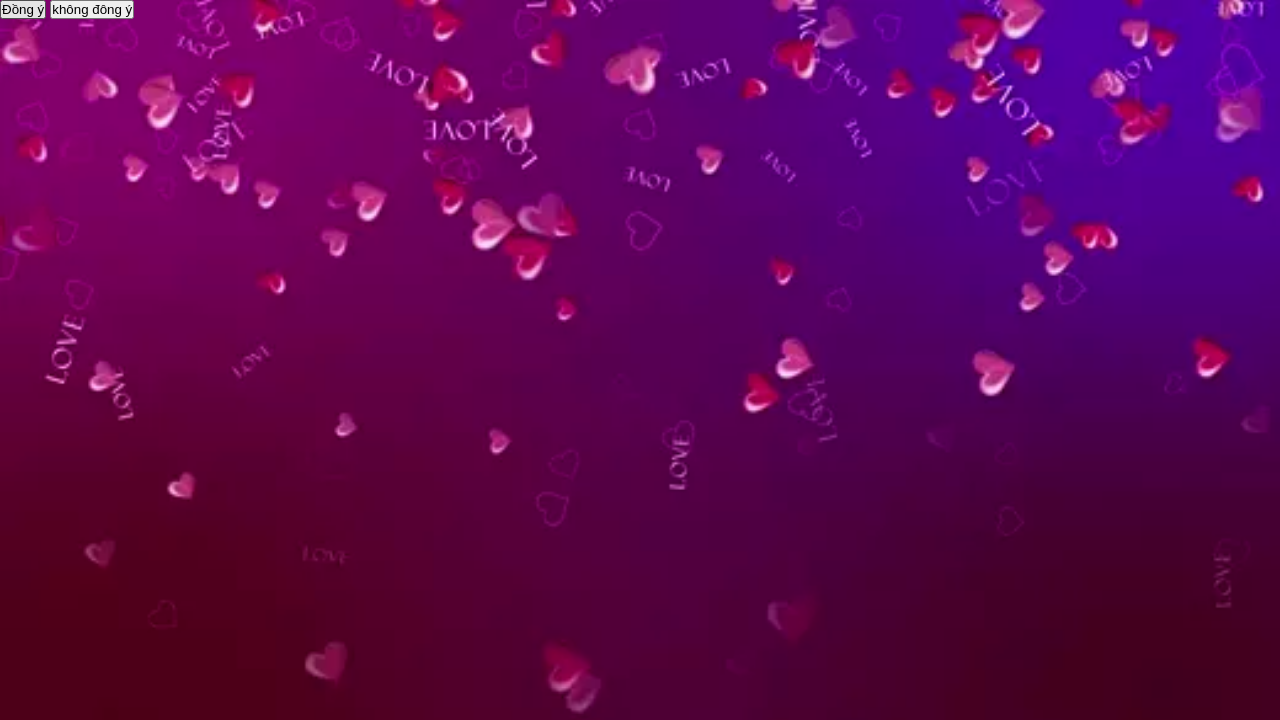
Repository: kuluong2000/love
Page: index.html
An editor plug-in stored every save of this project. The page is shown before and after the next save, followed by the edit.
The browser window is 1280 px wide. The pictures show the whole page.

Above is the page before, as saved 2022-06-04 21:43:02.

### index.html
<!DOCTYPE html>
<html lang="en">
  <head>
    <meta charset="UTF-8" />
    <meta http-equiv="X-UA-Compatible" content="IE=edge" />
    <meta name="viewport" content="width=device-width, initial-scale=1.0" />
    <link rel="stylesheet" href="app.css" />
    <title>Document</title>
  </head>
  <body>
    <div class="love">
      <button class="love-success">Đồng ý</button>
      <button class="love-fail">không đông ý</button>
    </div>
  </body>
</html>

### app.css
* {
  padding: 0;
  margin: 0;
  box-sizing: border-box;
}
.love {
  position: relative;
  width: 100%;
  height: 100vh;
  background: url("./image/bg.webp") no-repeat center / cover;
}

After the next save:
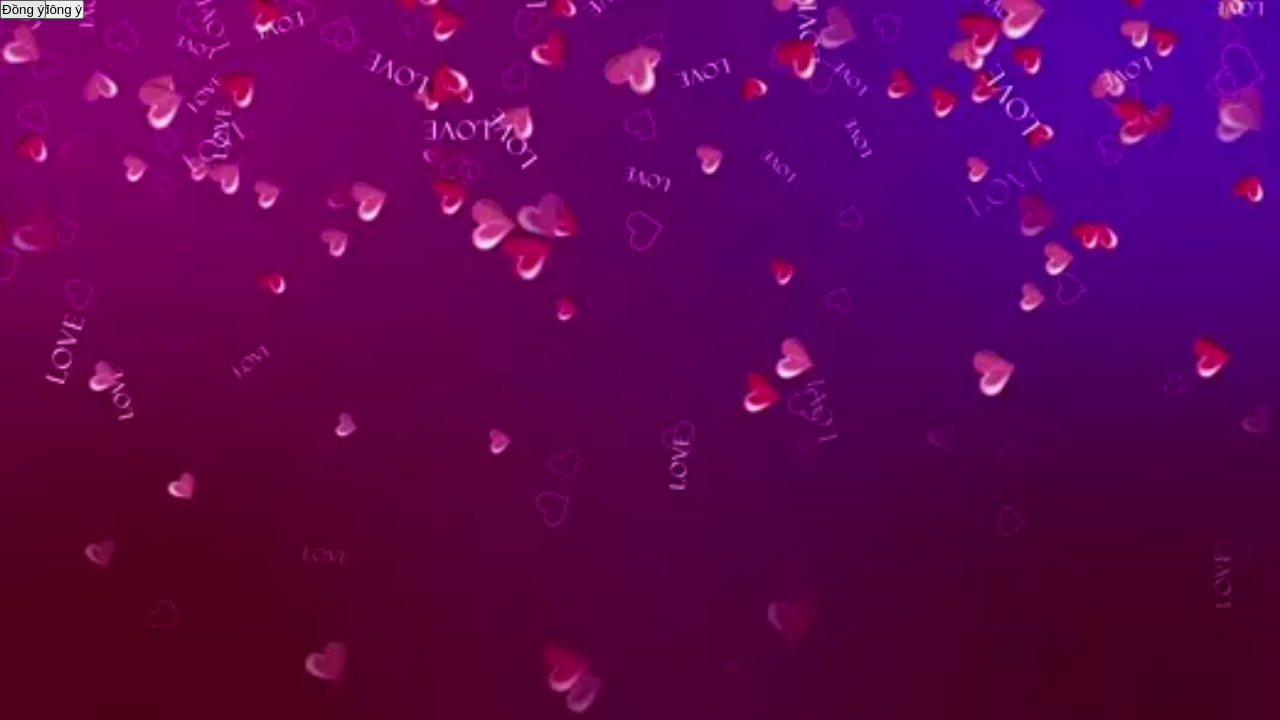
Saved 11 s later.
--- a/app.css
+++ b/app.css
@@ -9,3 +9,6 @@
   height: 100vh;
   background: url("./image/bg.webp") no-repeat center / cover;
 }
+.love-success {
+  position: absolute;
+}
